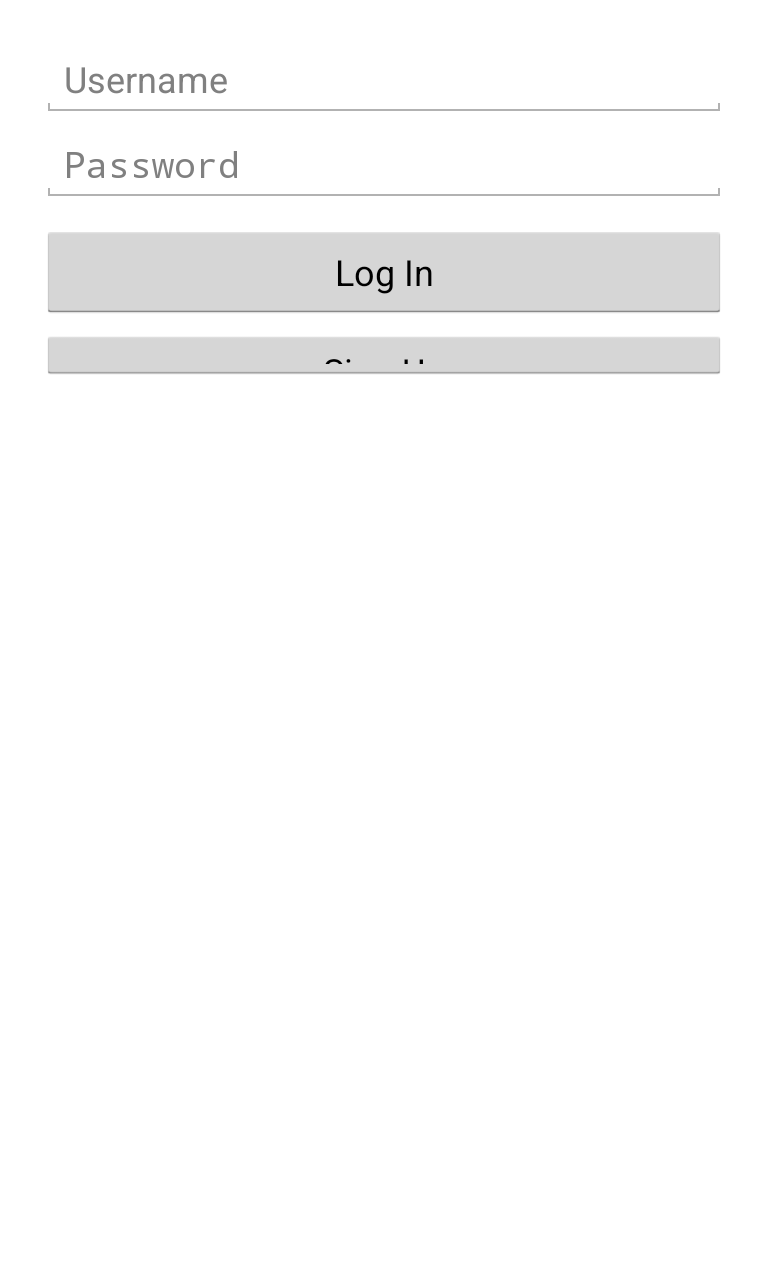
Repository: efreestone/CPM_Freestone
Layout: Project1Android/res/layout/activity_login.xml
An editor plug-in stored every save of this project. The layout is shown before and after the next save, followed by the edit.
It is drawn on a 768 x 1280 px phone screen (xhdpi) without system bars, with theme AppTheme; the app's code is not run.

Above is the layout before, as saved 2014-10-02 01:06:58.

After the next save:
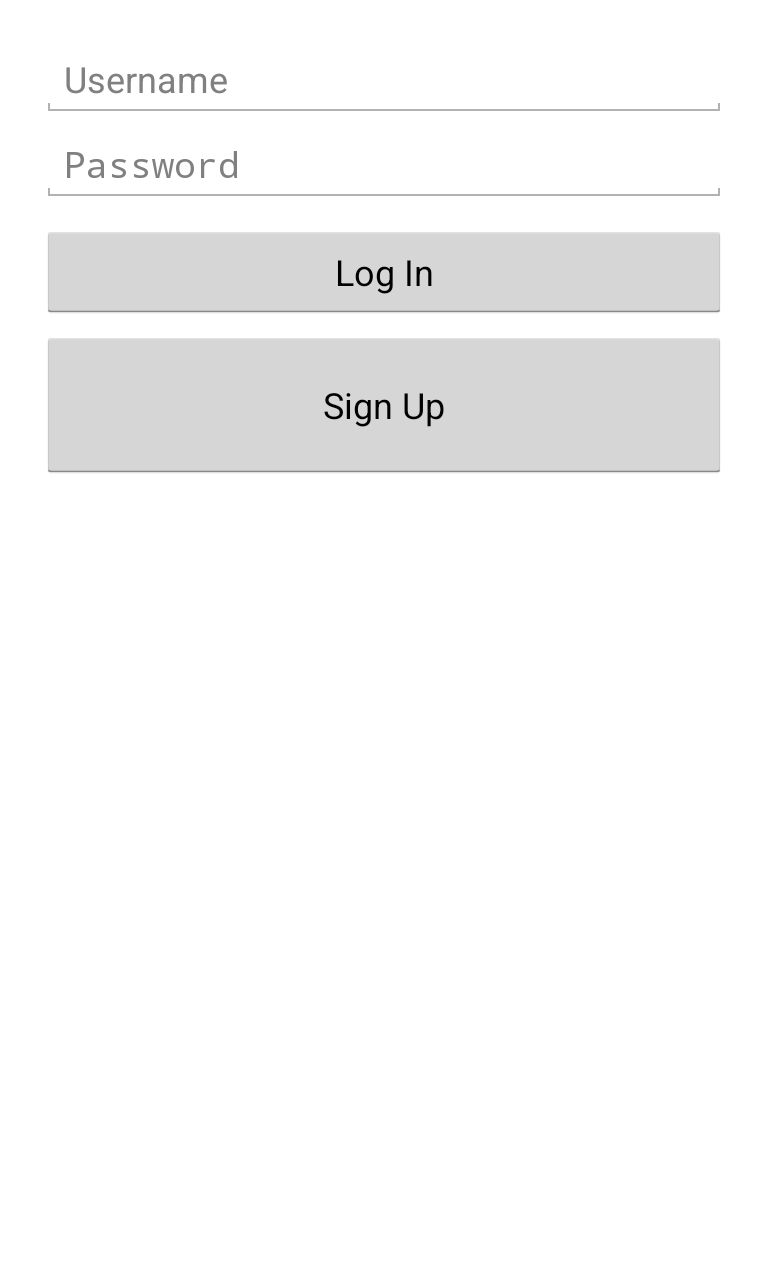
Saved 12 s later.
--- a/Project1Android/res/layout/activity_login.xml
+++ b/Project1Android/res/layout/activity_login.xml
@@ -31,7 +31,7 @@
     <Button
         android:id="@+id/signupButton"
         android:layout_width="fill_parent"
-        android:layout_height="25dp"
+        android:layout_height="75dp"
         android:layout_below="@id/loginButton"
         android:layout_marginTop="5dp"
         android:text="@string/signupButtonText" />
